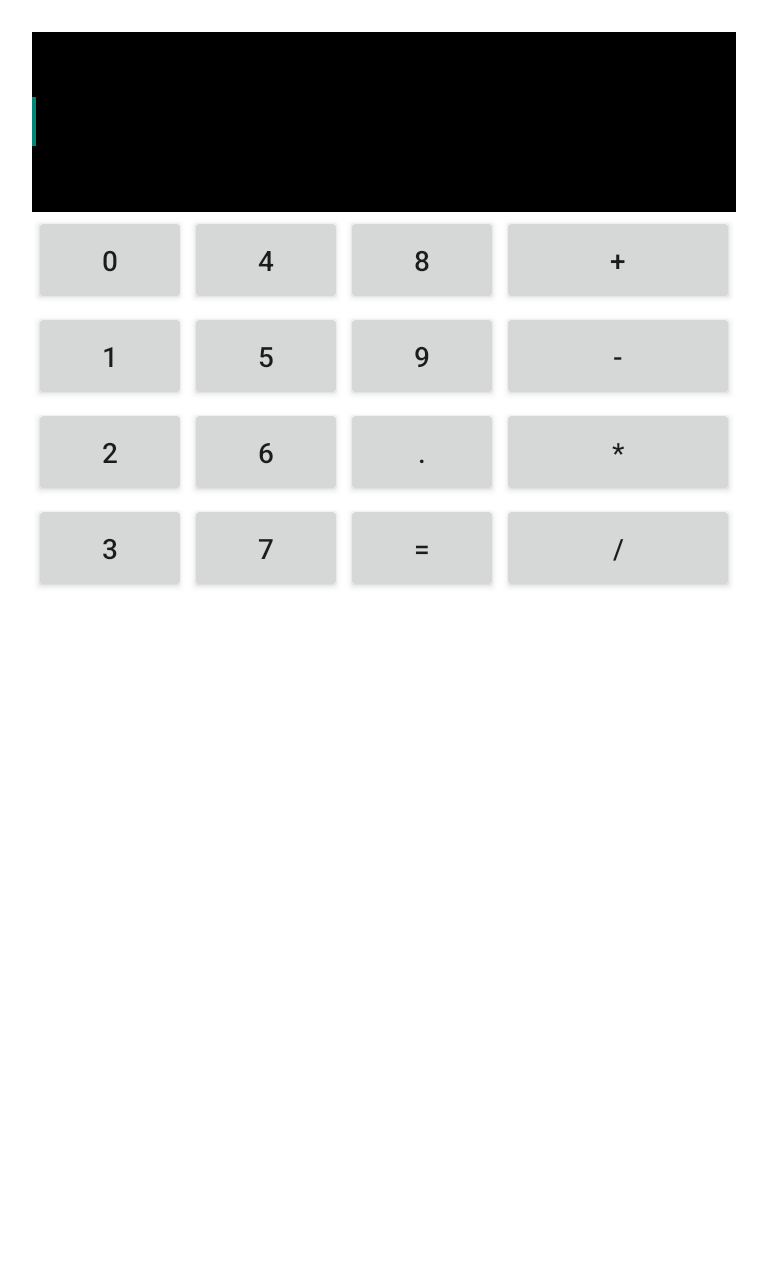
Repository: roopasree/new-pgm
Layout: Newapp/res/layout/ctivity3_main.xml
An editor plug-in stored every save of this project. The layout is shown before and after the next save, followed by the edit.
It is drawn on a 768 x 1280 px phone screen (xhdpi) without system bars, with theme AppTheme; the app's code is not run.

Above is the layout before, as saved 2015-02-16 05:51:34.

After the next save:
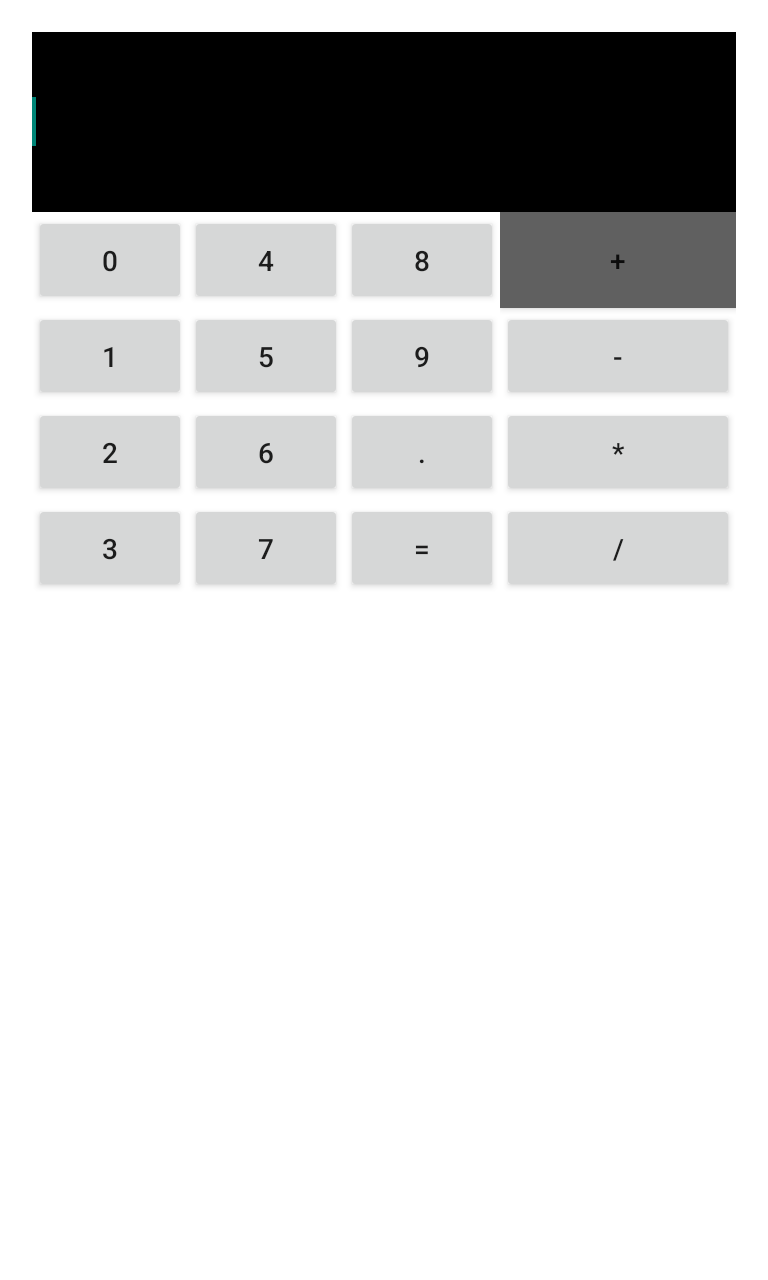
Saved 55 s later.
--- a/Newapp/res/layout/ctivity3_main.xml
+++ b/Newapp/res/layout/ctivity3_main.xml
@@ -155,6 +155,7 @@
 
             <Button
                 android:id="@+id/button13"
+                android:background="#606060"
                 android:layout_width="match_parent"
                 android:layout_height="wrap_content"
                 android:text="+" />
